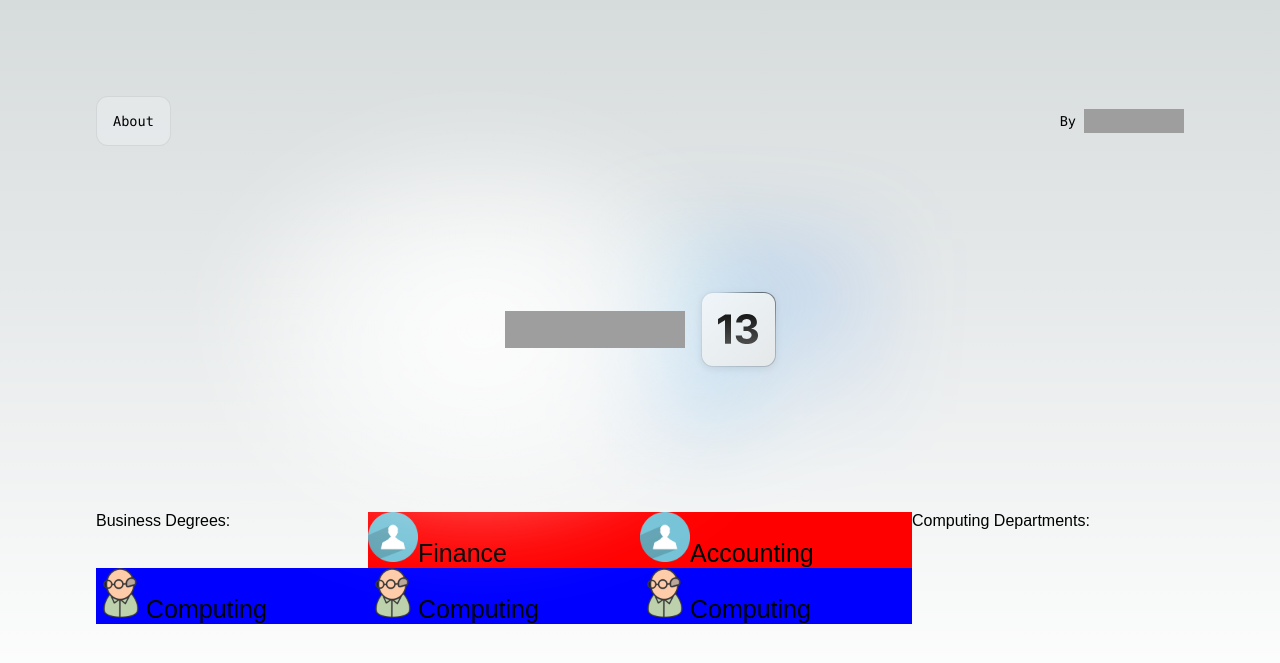
Repository: cheungglenda/MDIA2109-Week3
Page: /
An editor plug-in stored every save of this project. The page is shown before and after a run of saves, followed by the edit.
The browser window is 1280 px wide. The pictures show the whole page.
Pictures or frames that could not be fetched are drawn as grey boxes. The project was rebuilt for these pictures with package versions that can differ from the ones it lists, and the page was loaded fresh each time. The framework's server and built-in components were replaced by stand-ins that run in the browser. Also part of the build but not shown: next.config.js.

Above is the page before, as saved 2023-01-19 22:00:38.

After the next 2 saves:
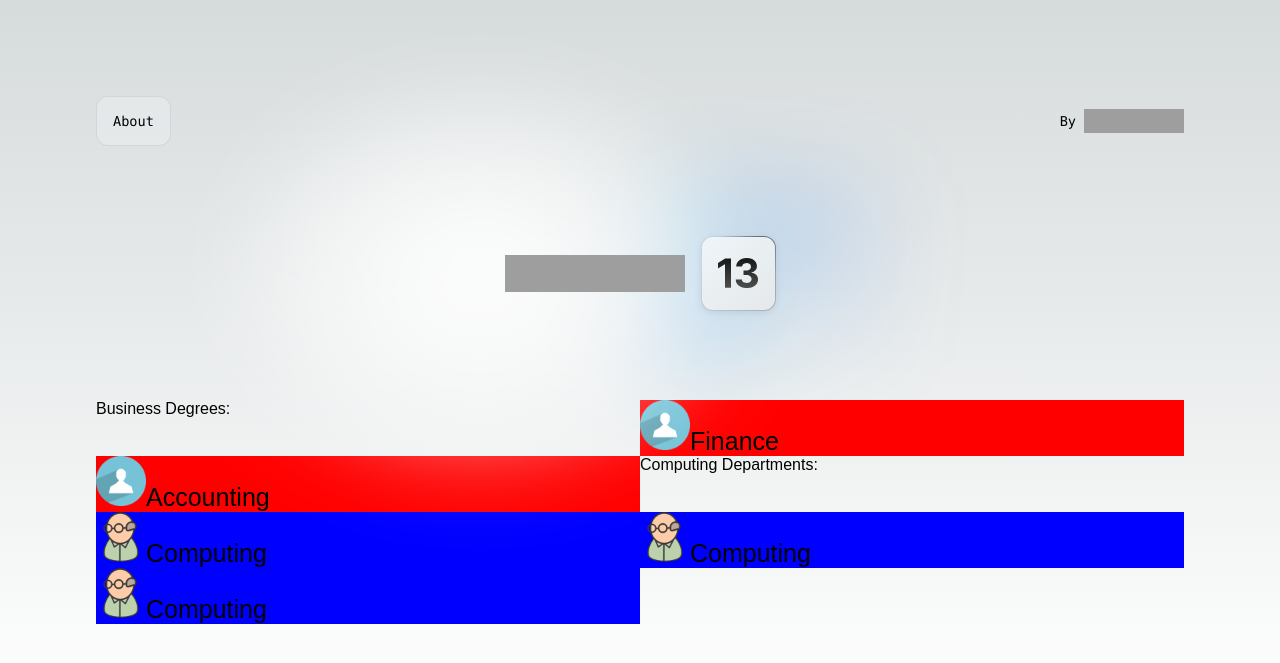
The 2 saves are shown as one change because they came seconds apart.
The last was saved 23 s later.
--- a/styles/Home.module.css
+++ b/styles/Home.module.css
@@ -42,7 +42,7 @@
 
 .grid {
   display: grid;
-  grid-template-columns: repeat(4, minmax(25%, auto));
+  grid-template-columns: repeat(2, minmax(25%, auto));
   width: var(--max-width);
   max-width: 100%;
 }
